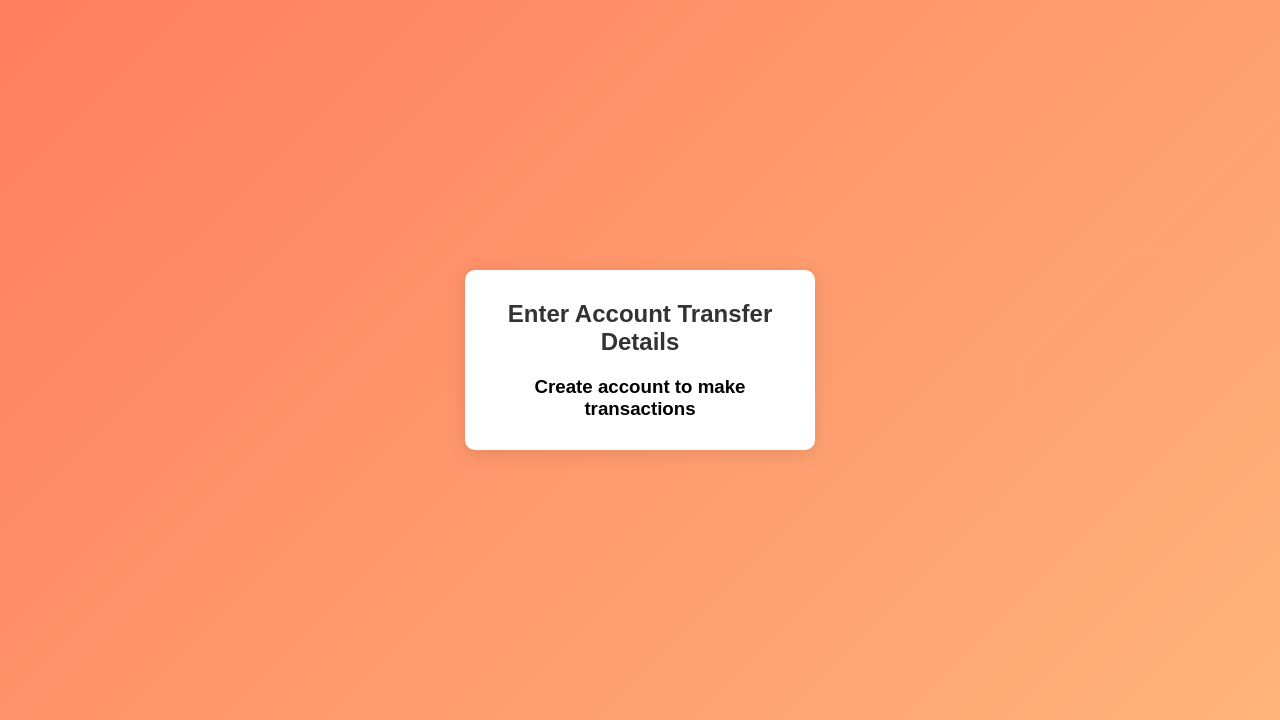
Repository: PeruriNaresh/Bank_Project
Page: http://localhost/bank_project/Transaction.jsp
An editor plug-in stored every save of this project. The page is shown before and after the next save, followed by the edit.
The browser window is 1280 px wide. The pictures show the whole page.
The page is served by Tomcat 9.

Above is the page before, as saved 2024-10-27 10:57:33.
Console error: TypeError: Cannot set properties of null (setting 'value')

After the next save:
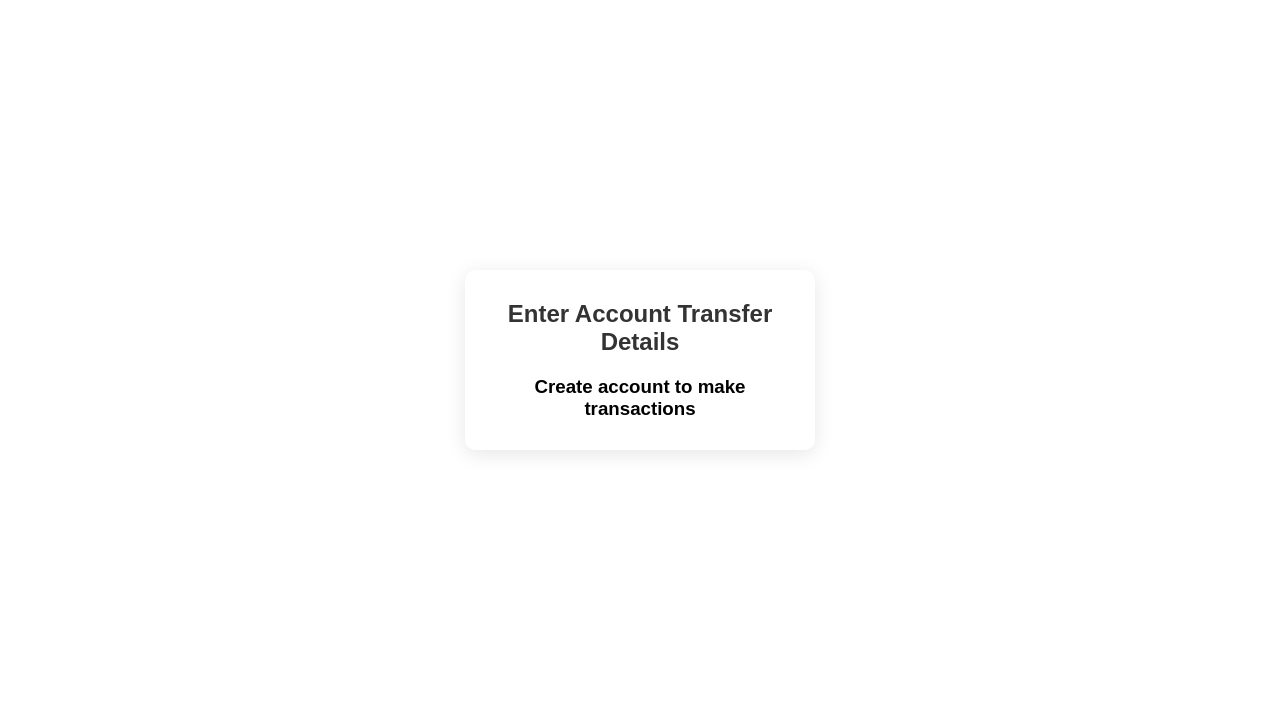
Saved 76 s later.
--- a/bank_project/src/main/webapp/Transaction.jsp
+++ b/bank_project/src/main/webapp/Transaction.jsp
@@ -21,10 +21,11 @@ body {
     justify-content: center;
     align-items: center;
     height: 100vh;
-    background: linear-gradient(135deg, #ff7e5f, #feb47b);
 }
 
 .form-container {
+
+    background: linear-gradient(135deg, #ff7e5f, #feb47b);
     background: white;
     padding: 30px;
     border-radius: 10px;
